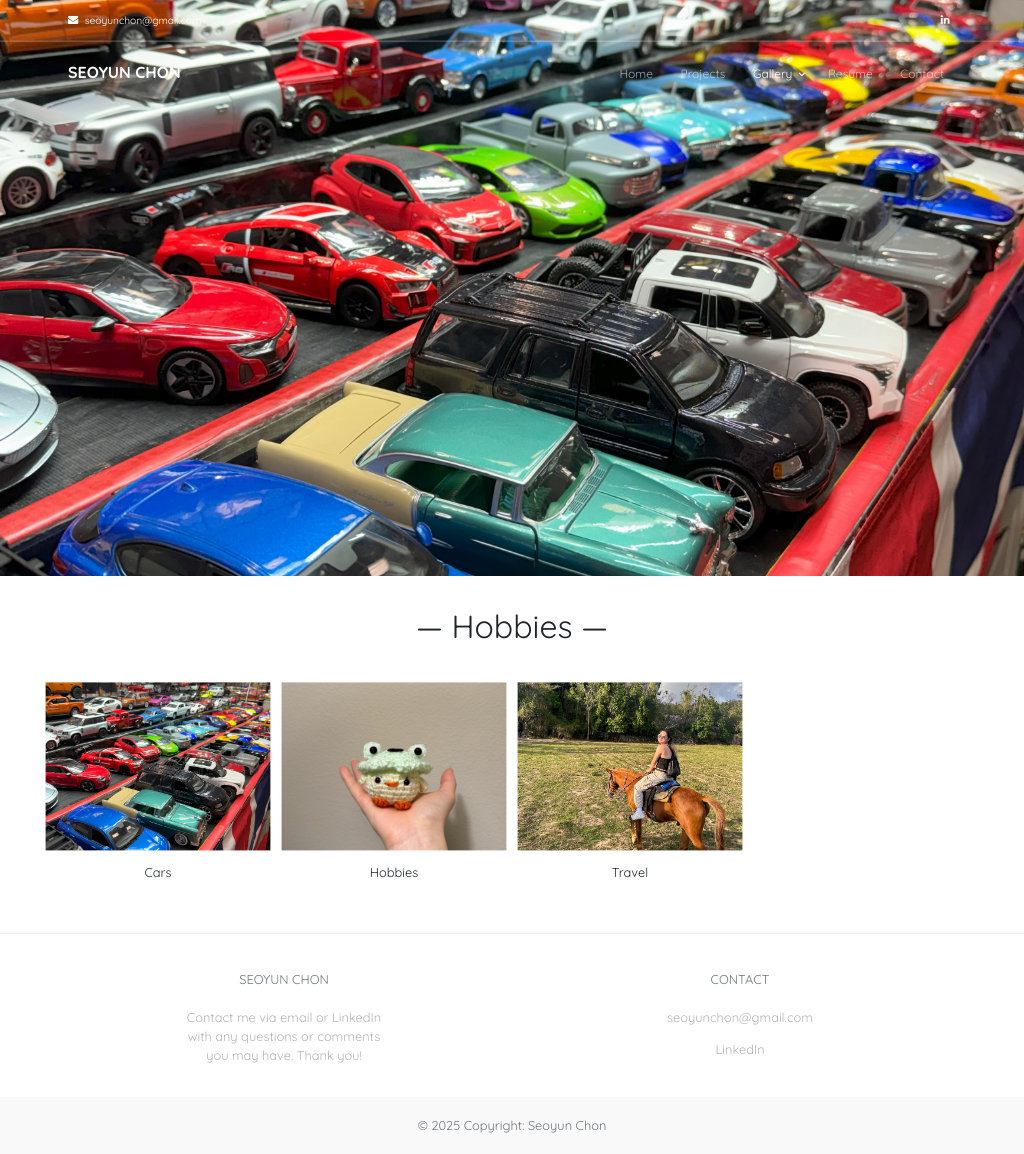
Repository: schon02/seoyun-chon-portfolio
Page: gallery_hobbies_page.html
The author's editor kept a copy of each file at every save. The page is drawn from the files as they stood at one save, then again after the next save.
The browser window is 1280 px wide. The pictures show the whole page, at 80% of full size.

Above is the page before, as saved 2025-02-27 05:55:55.

After the next save:
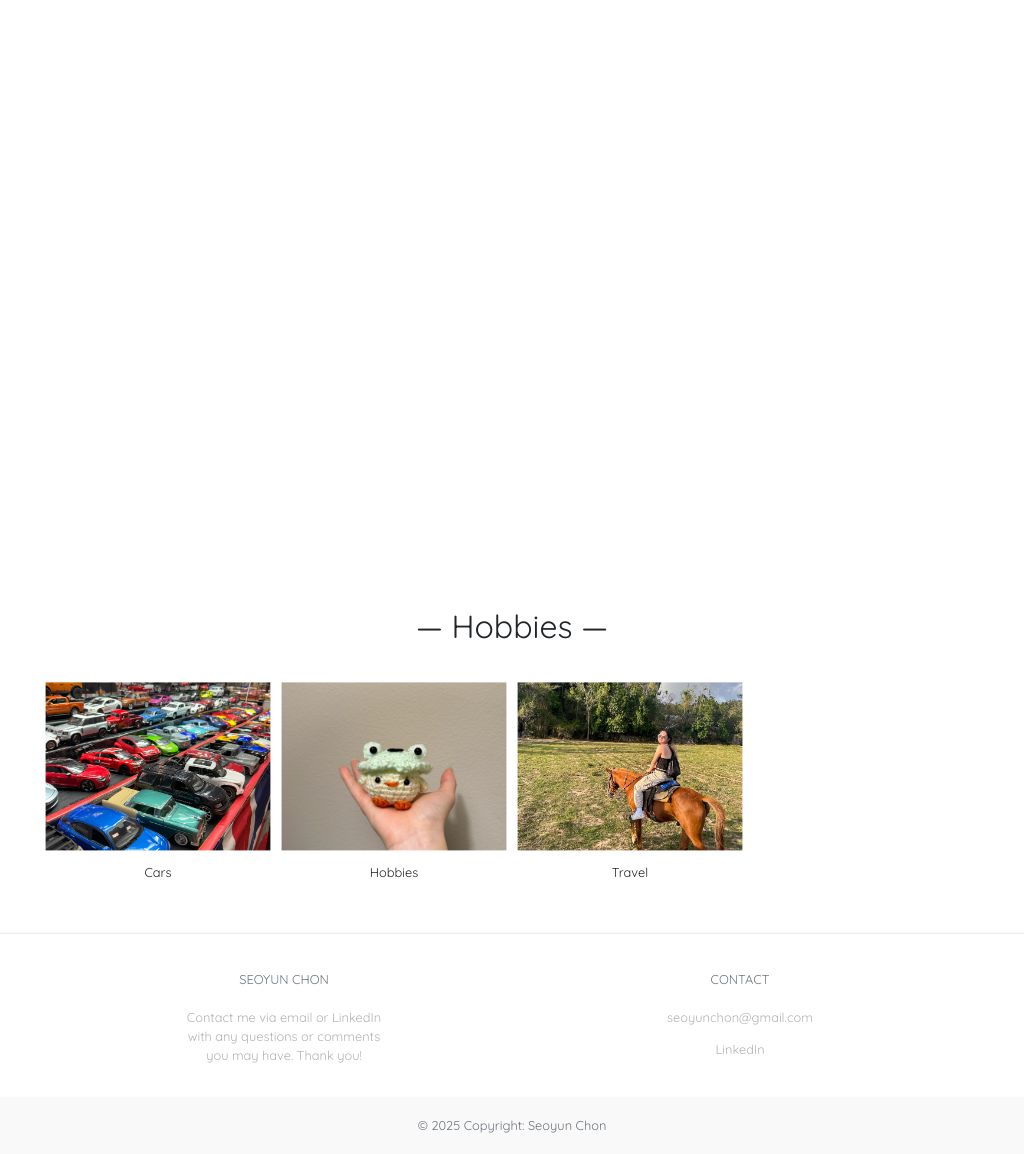
Not found: images/gallery_hobbies_cover_photo.jpg
Saved 32 s later.
--- a/gallery_hobbies_page.html
+++ b/gallery_hobbies_page.html
@@ -116,7 +116,7 @@
           </div>
 
 
-          <div class="hero" style="background-image: url('images/gallery_cars_cover_photo.jpg');"></div>
+          <div class="hero" style="background-image: url('images/gallery_hobbies_cover_photo.jpg');"></div>
 
 
         <div class="text-center" style="padding-top: 1cm;">

After the save that followed:
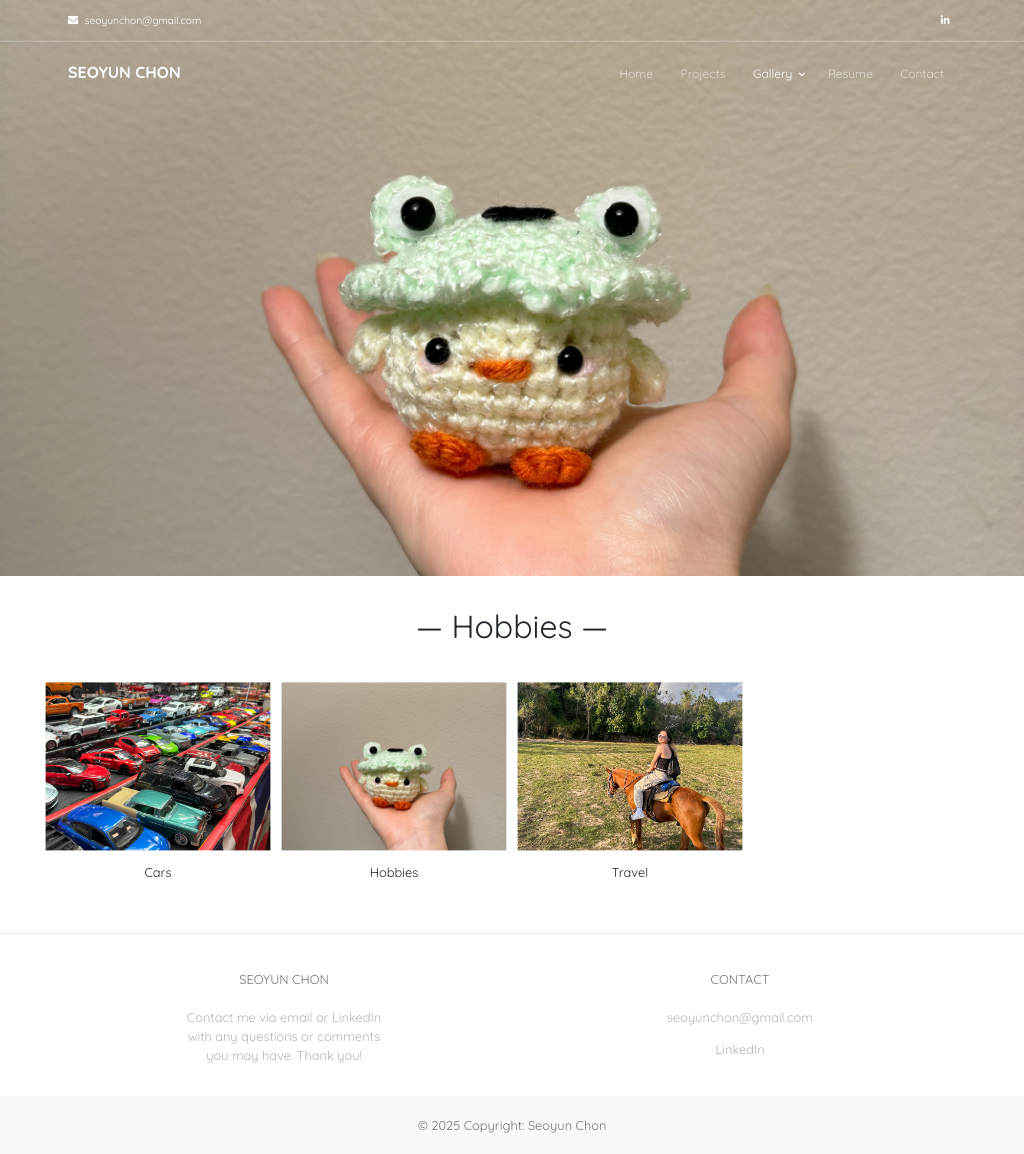
Saved 15 s later.
--- a/gallery_hobbies_page.html
+++ b/gallery_hobbies_page.html
@@ -116,7 +116,7 @@
           </div>
 
 
-          <div class="hero" style="background-image: url('images/gallery_hobbies_cover_photo.jpg');"></div>
+          <div class="hero" style="background-image: url('images/gallery_hobbies_cover.jpg');"></div>
 
 
         <div class="text-center" style="padding-top: 1cm;">
